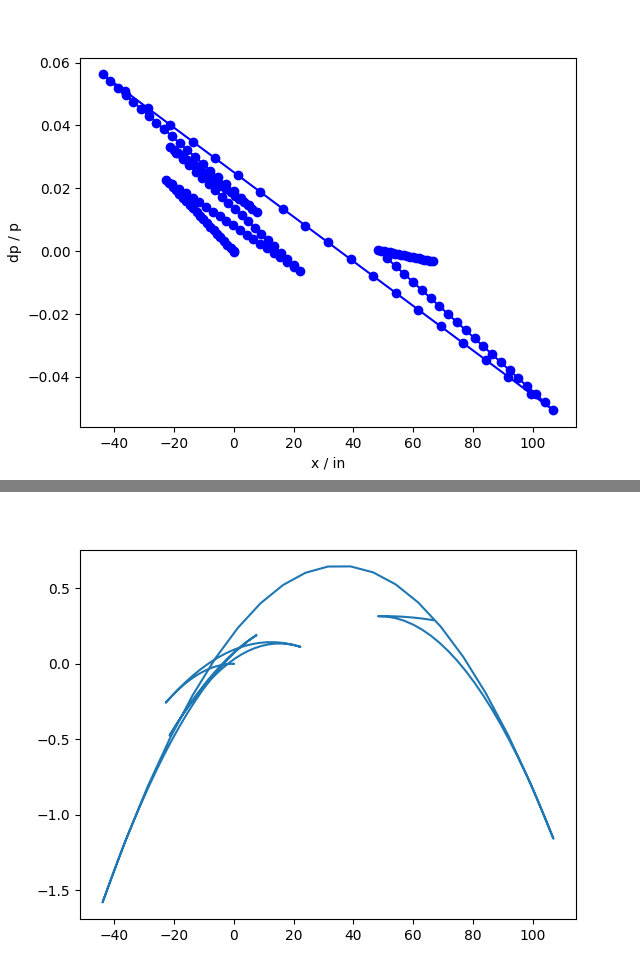
Repository: leiradom/Modified-linear-theory
Script's output: python 3_Shock_correction.py
These files come from the project's save history. The script's output is drawn as it stood at one moment and after the next save; the edit follows.
Each picture stacks the figures in order, with grey between them; figures that are only written to a file come last. Random numbers start from a fixed seed.

Above is the script's output before, as saved 2021-04-27 19:24:57.

### 3_Shock_correction.py
'''
激波修正
本程序用于修正激波的非线性扭曲效应，修正方法为HB方法
'''

import math
import numpy as np
import matplotlib.pyplot as plt

pressure = np.loadtxt("pressure144.txt",dtype=np.float64)   #存放未修正的压力信号
a = len(pressure)                                              #未加点时的点数

X = np.ones(a,dtype=np.float64)     #存放x的数组 用于加点用的横坐标数组
Y = np.ones(a,dtype=np.float64)     #存放y的数组 用于加点用的纵坐标数组
X1 = np.zeros(1,dtype=np.float64)
Y1 = np.zeros(1,dtype=np.float64)
b0 = 20                             #每一个 较大的距离之间增加的点数
x0 = np.zeros(b0+1,dtype=np.float64)
y0 = np.zeros(b0+1,dtype=np.float64)

#先将未修正压力信号存入X,Y中
for i in range(0,a):
    c = pressure[i][0]
    d = pressure[i][1]
    #ca = cau[i][1]
    X[i] = c
    Y[i] = d
'''
#没问题
X0 = X
Y0 = Y
'''

#------------1先找出第一个强间断的地方,已经核实，l0没有问题
for i0 in range(0,a-1):
    if(math.sqrt((X[i0+1] - X[i0])**2 + (Y[i0+1] - Y[i0])**2) >0.3):   #1.3
    #if((X[i+1] - X[i]) * (Y[i+1] - Y[i])):
        #px = i0                            #记录此时的i
        #print(px,X[i0])
        l00 = math.sqrt((X[i0+1] - X[i0])**2 + (Y[i0+1] - Y[i0])**2)
        l0 = l00 / 20                     #判断是否要插值的距离 只要大于20倍的最大距离，就要增加点数
        #h0 = ((X[i0+1] - X[i0])/(b0))
        #k0 = ((Y[i0+1] - Y[i0])/(X[i0+1] - X[i0]))  #两点间的斜率
        '''
        #x0[0] = X[i0]
        #y0[0] = Y[i0]
        for j in range(1,b0):
            x0[j] = x0[j-1] + h0
            y0[j] = y0[j-1] + k0 * (x0[j] - x0[j-1])
            print(x0[j],y0[j])
        for k in range(1,b0):
            X = np.insert(X,i0+k,x0[k])
            Y = np.insert(Y,i0+k,y0[k])
        #print(Y[i0]+k0*h0)
        '''
        break
#------------print(l00) #检验是不是，验证了，就是

#print(l0)


#2---------------------给距离较大的地方都进行加点
for i in range(0,a-1):
    #li = math.sqrt((X[i+1] - X[i])**2 + (Y[i+1] - Y[i])**2)
    k0 = ((Y[i+1] - Y[i])/(X[i+1] - X[i]))  #两点间的斜率
    h0 = ((X[i+1] - X[i])/(b0))   #每一个都离散成b个点
    x0[0] = X[i]
    X1 = np.append(X1,x0[0])
    y0[0] = Y[i]
    Y1 = np.append(Y1,y0[0])
    for j in range(1,b0):
        x0[j] = x0[j-1] + h0
        X1 = np.append(X1,x0[j])
        y0[j] = y0[j-1] + k0 * (x0[j] - x0[j-1])
        Y1 = np.append(Y1,y0[j])
    #X1 = np.append(X1,x0)
    #Y1 = np.append(Y1,y0)
    #print(a)
    #p0 = i

a0 = (len(X1))

#-------积分部分----------
F = np.ones(a0, dtype=np.float64)
F[0] = 0
F[a-1] = 0
s = 0
for i in range(0,a0-1):
    #if(X[i+1]>X[i]):
    s0 = 0.5 * (X1[i+1] - X1[i]) * (Y1[i+1] + Y1[i])
    #s0 = (((Y0[j+1] + Y0[j]) * (X[j + 1] - X[j])) / (2))    #第(j+1)个梯形的面积
    s = s0 + s    #S为最后的积分
    F[i+1] = s    #是i+1不是i
    #print(X[i],Y[i])
    #if(X[i+1]<X[i])
#------积分部分-----------

#-------输出加点效果----------
print("加点前点数：",len(pressure),"加点后点数：",len(X))
#plt.scatter(X0,Y0,c='r')
plt.xlabel("x / in")
plt.ylabel("dp / p")
plt.plot(X1,Y1,'-o',c='b')
plt.show()

#--------积分图像作图---------
plt.plot(X1,F)
plt.show()

### pressure144.txt
0.141 -0.000248
-22.7174 0.0228
22.3056 -0.00636448
-21.4571 0.0332102
7.6629 0.0125196
-43.85 0.05623
106.879 -0.050633
48.2359 0.000373
67.61 -0.003398

Loaded but not shown: pressuremodel14.txt (700 lines, source omitted)

After the next save:
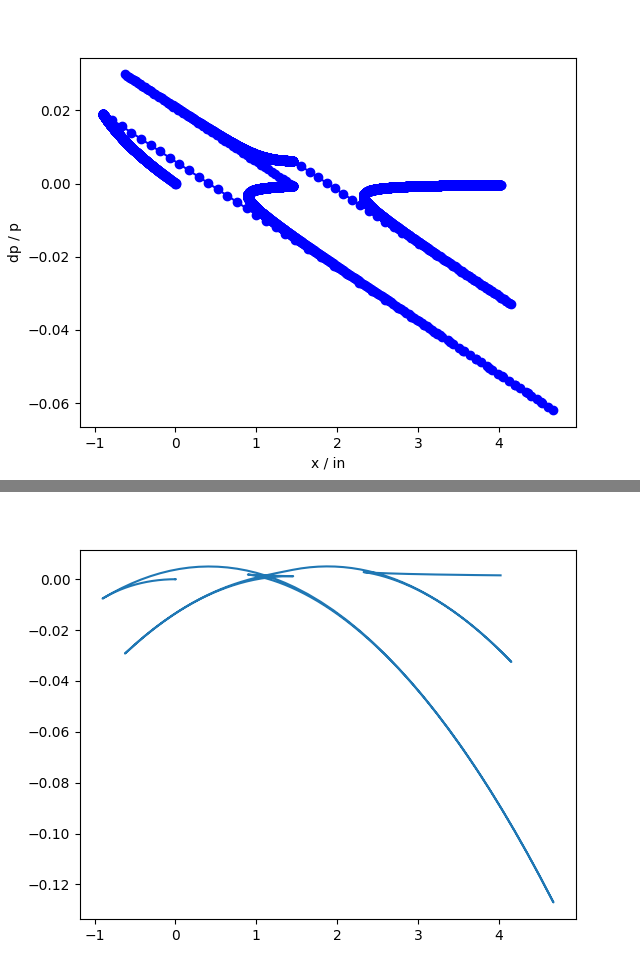
Saved 6 days later.
--- a/3_Shock_correction.py
+++ b/3_Shock_correction.py
@@ -7,7 +7,7 @@ import math
 import numpy as np
 import matplotlib.pyplot as plt
 
-pressure = np.loadtxt("pressure144.txt",dtype=np.float64)   #存放未修正的压力信号
+pressure = np.loadtxt("pressuremodel14.txt",dtype=np.float64)   #存放未修正的压力信号
 a = len(pressure)                                              #未加点时的点数
 
 X = np.ones(a,dtype=np.float64)     #存放x的数组 用于加点用的横坐标数组
